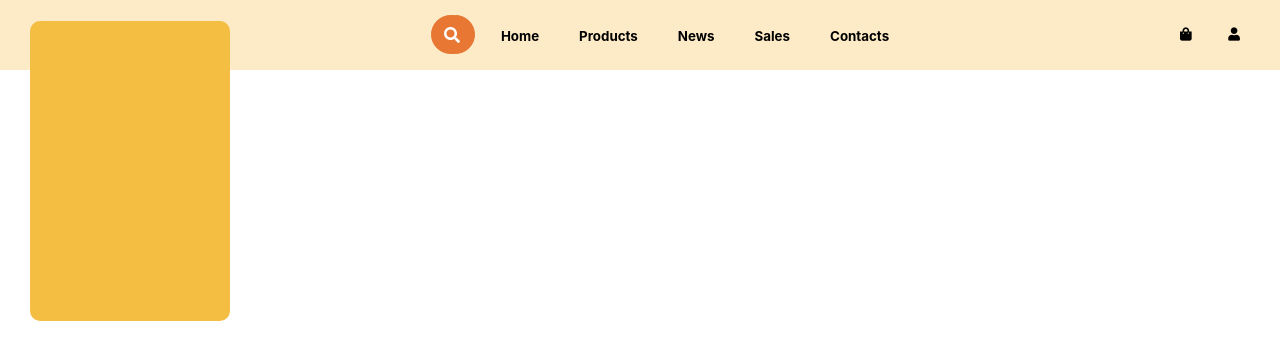
Repository: dinhngocup/TechShop
Page: /
The author's editor kept a copy of each file at every save. The page is drawn from the files as they stood at one save, then again after the next save.
The browser window is 1280 px wide. The pictures show the whole page.
Some web libraries are served in a nearby version. The project was rebuilt for these pictures with package versions that can differ from the ones it lists, and the page was loaded fresh each time. Also part of the build but not shown: src/App.css, src/components/news.jsx, src/components/Home/Banner/_banner.scss, src/components/Home/Banner/banner.jsx, src/components/Home/_home.scss, src/components/Home/home.jsx.

Above is the page before, as saved 2021-03-18 00:43:29.

After the next save:
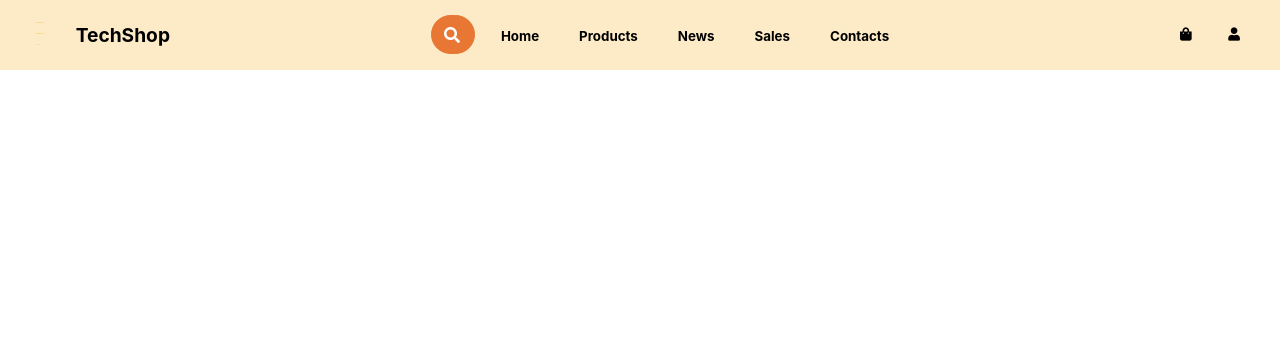
Saved 23 s later.
--- a/src/components/Header/Menu/_menu.scss
+++ b/src/components/Header/Menu/_menu.scss
@@ -78,9 +78,7 @@
             }
         }
 
-        .nav-closed {
-            background-color: rgb(244, 190, 67);
-        }
+
         .nav-closed a {
             color: rgb(244, 190, 67);
         }

After the save that followed:
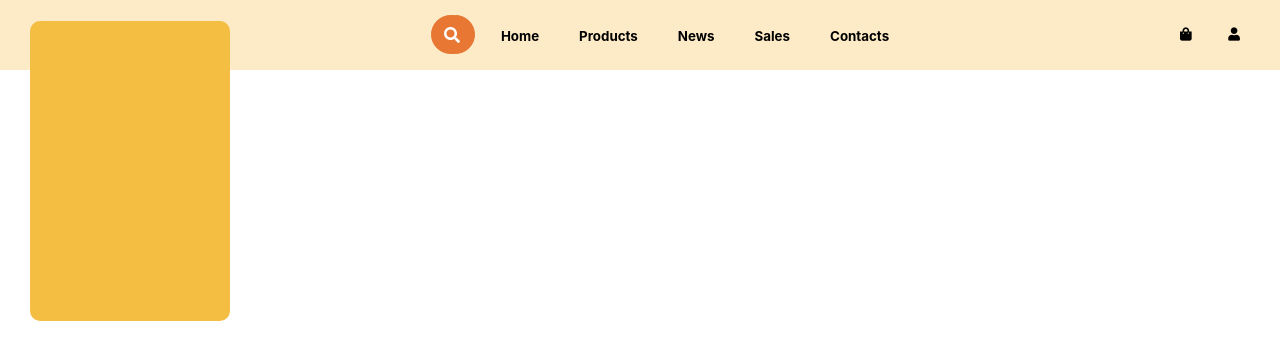
Saved 17 s later.
--- a/src/components/Header/Menu/_menu.scss
+++ b/src/components/Header/Menu/_menu.scss
@@ -22,7 +22,7 @@
             margin: 0;
             width: 200px;
 
-
+            background-color: rgb(244, 190, 67);
             border-radius: 10px;
             li {
                 overflow: visible;
